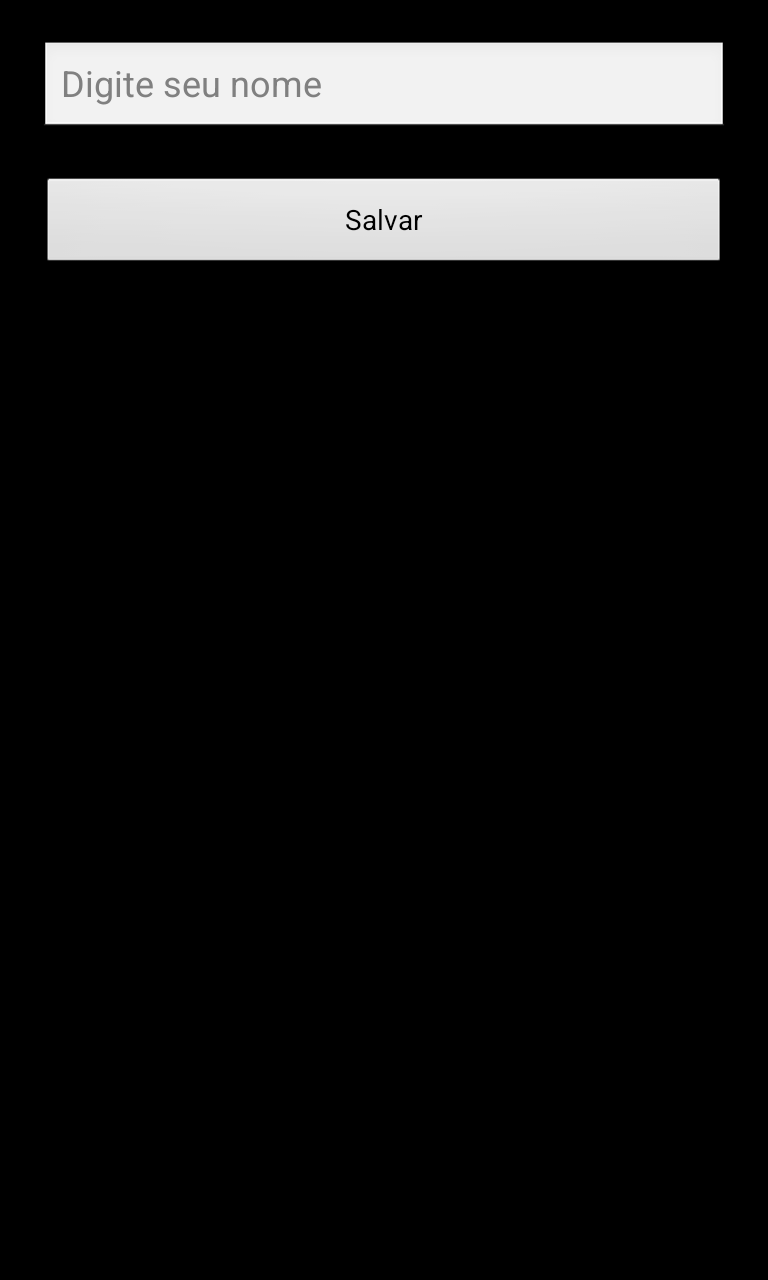
Repository: JoelmirMoura/AppMensagem
Layout: Mensagem/res/layout/main.xml
The author's editor kept a copy of each file at every save. The layout is drawn from the files as they stood at one save, then again after the next save.
It is drawn on a 768 x 1280 px phone screen (xhdpi) without system bars, with theme android:Theme; the app's code is not run.

Above is the layout before, as saved 2026-04-27 11:32:04.

### Mensagem/res/layout/main.xml
<?xml version="1.0" encoding="utf-8"?>
<LinearLayout xmlns:android="http://schemas.android.com/apk/res/android"
    android:orientation="vertical"
    android:padding="20dp"
    android:layout_width="match_parent"
    android:layout_height="match_parent">

    <EditText
        android:id="@+id/editNome"
        android:layout_width="match_parent"
        android:layout_height="wrap_content"
        android:hint="Digite seu nome"/>

    <Button
        android:id="@+id/btnSalvar"
        android:layout_width="match_parent"
        android:layout_height="wrap_content"
        android:text="Salvar"
        android:layout_marginTop="20dp"/>

</LinearLayout>

After the next save:
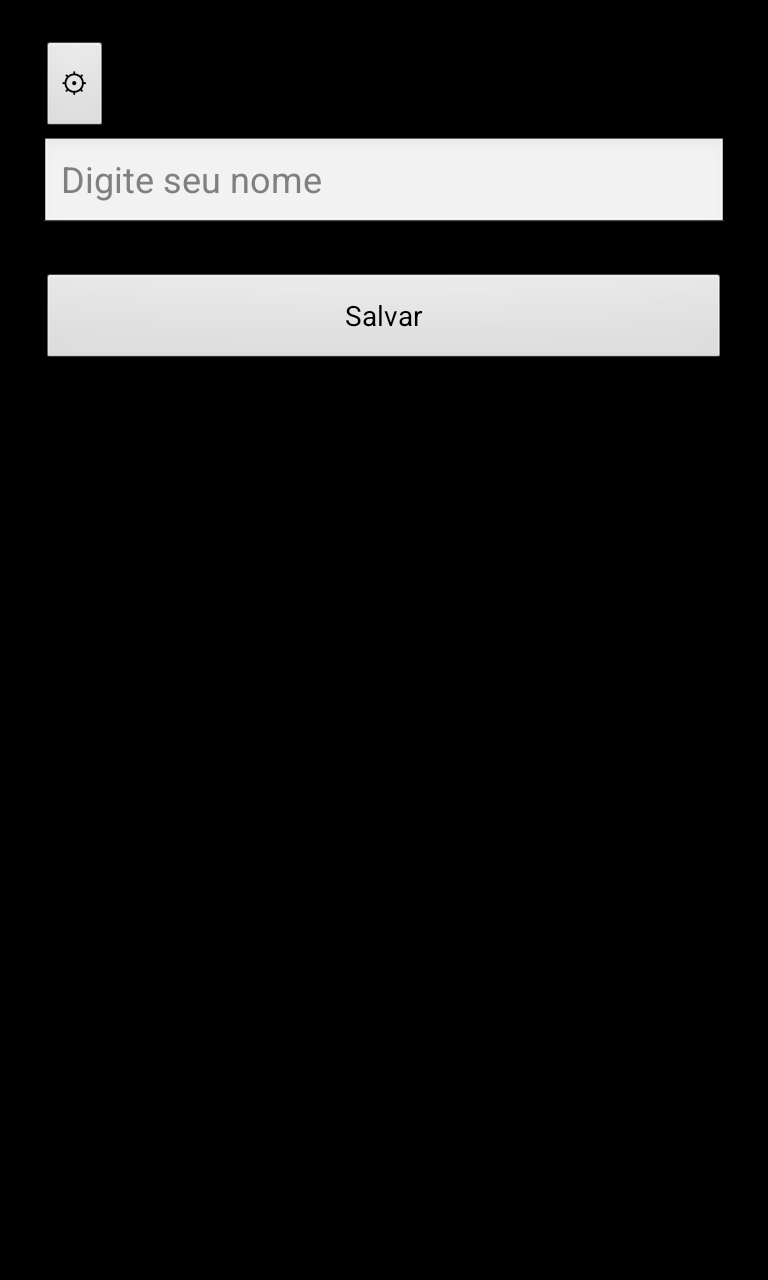
Saved 42 s later.
--- a/Mensagem/res/layout/main.xml
+++ b/Mensagem/res/layout/main.xml
@@ -4,6 +4,14 @@
     android:padding="20dp"
     android:layout_width="match_parent"
     android:layout_height="match_parent">
+
+	<Button
+    	android:id="@+id/btnConfig"
+    	android:layout_width="wrap_content"
+    	android:layout_height="wrap_content"
+    	android:text="⚙"
+    	android:layout_alignParentTop="true"
+    	android:layout_alignParentRight="true"/>
 
     <EditText
         android:id="@+id/editNome"
